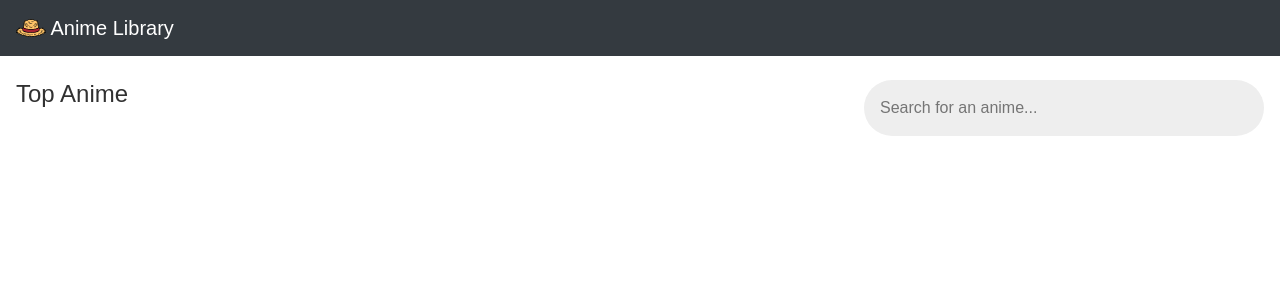
Repository: cuitlazotlac/anime-library
Page: /
An editor plug-in stored every save of this project. The page is shown before and after the next save, followed by the edit.
The browser window is 1280 px wide. The pictures show the whole page.
The page's requests for data from a server got no answer. The project was rebuilt for these pictures with package versions that can differ from the ones it lists, and the page was loaded fresh each time. No one was signed in, and anything a server would have sent is missing. Also part of the build but not shown: src/components/AnimeCard.js.

Above is the page before, as saved 2021-05-04 23:59:22.

After the next save:
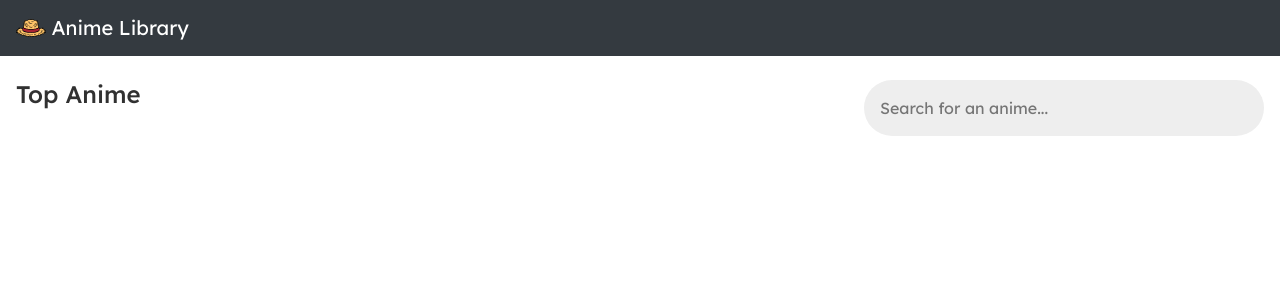
Saved 8 s later.
--- a/src/index.scss
+++ b/src/index.scss
@@ -12,5 +12,5 @@
 	padding: 0;
 	box-sizing: border-box;
 
-	font-family: 'Fira Sans', sans-serif;
+	font-family: 'Lexend', sans-serif;
 }
